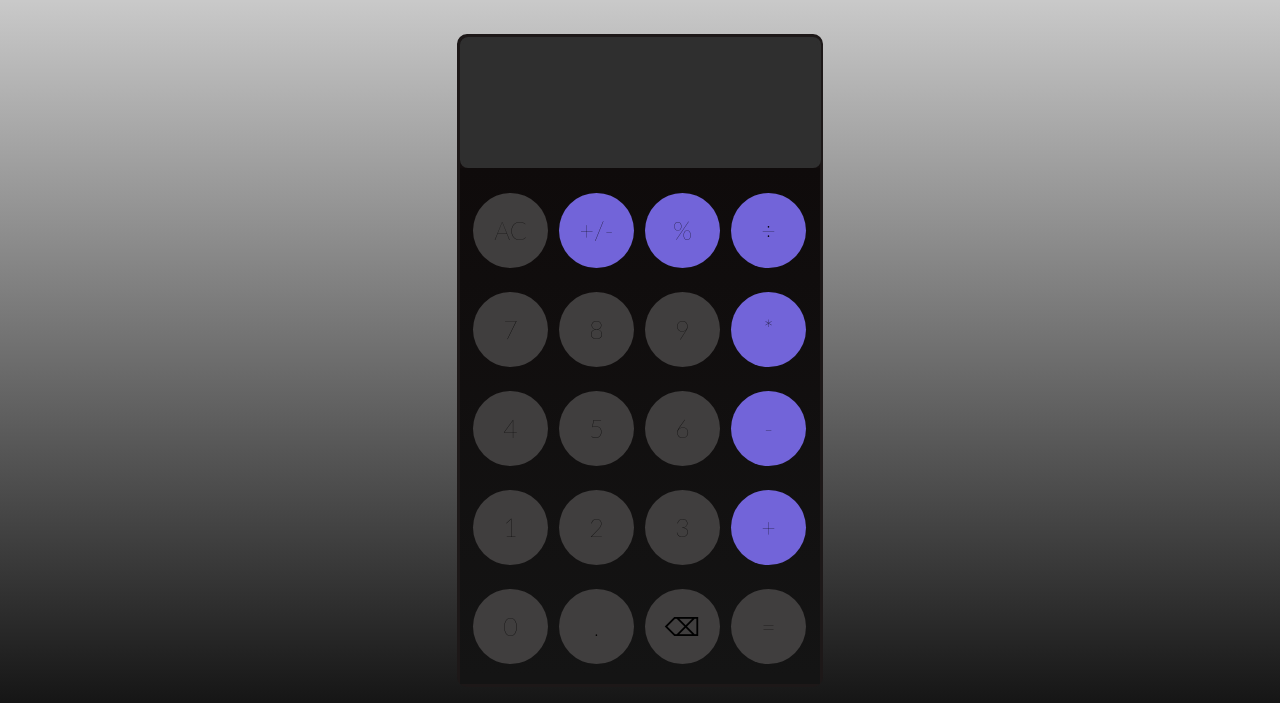
Repository: MhlengiNgubane/BrainnestJsTwo
Page: index.html
An editor plug-in stored every save of this project. The page is shown before and after the next save, followed by the edit.
The browser window is 1280 px wide. The pictures show the whole page.

Above is the page before, as saved 2022-09-12 09:55:35.

### index.html
<!DOCTYPE html>
<html lang="en">
<head>
    <meta charset="UTF-8">
    <meta http-equiv="X-UA-Compatible" content="IE=edge">
    <meta name="viewport" content="width=device-width, initial-scale=1.0">
    <title>CALCULATOR</title>

    <link rel="stylesheet" href="style.css">
</head>
    <body>
            <div class="container">
                <input type="text" class="input" value="" disabled />
                <div class="buttons">
                    <button value="AC" class="ac clear">AC</button>
                    <button value="+/-" class="oper plusMinus">+/-</button>
                    <button value="%" class="oper percent">%</button>
                    <button value="/" class="oper operator">&divide</button>

                    <button value="7" class="number">7</button>
                    <button value="8" class="number">8</button>
                    <button value="9" class="number">9</button>
                    <button value="*" class="oper operator">*</button>

                    <button value="4" class="number">4</button>
                    <button value="5" class="number">5</button>
                    <button value="6" class="number">6</button>
                    <button value="-" class="oper operator">-</button>

                    <button value="1" class="number">1</button>
                    <button value="2" class="number">2</button>
                    <button value="3" class="number">3</button>
                    <button value="+" class="oper operator">+</button>

                    <button value="0" class="zero number">0</button>
                    <button value="." class="decimal">.</button>
                    <button value="DEL" class="delete">⌫</button>
                    <button value="=" class="equal operator">=</button>
                </div>
            </div>

        <script src="App.js"></script>
    </body>
</html>

### style.css
* {
    border: 0;
    margin: 0;
    padding: 0;
    font-family: 'lato';
    font-weight: 100;
}

body{
    font-family: 'Roboto';
    font-weight: 400;
    background: linear-gradient(360deg, #141414 1.56%, rgba(0, 0, 0, 0.21) 100%);
    width: 100%;
    height: 100vh;
    display: flex;
    flex-direction: column;
    align-items: center;
    justify-content: center;
}



.container{
    align-items: center;
    margin: auto;
    margin-top: 60px;
    width: 360px;
    border: 20px;
    border: 3px solid #1d1818;
    background-color: #130e0e;
    border-radius: 10px;
    margin-bottom: 60px;
}

.input{
    position: relative;
    width: 355px;
    height: 125px;
    border: 3px solid #2f2f2f;
    text-align: right;
    border-radius: 8px;
    background-color: #2f2f2f;
    color: #fff;
    font-size: 60px;
}

.buttons{
    display: grid;
    grid-template-columns: repeat(4, 1fr);
    row-gap: 10px;
    column-gap: 10px;
    background: linear-gradient(360deg, #141414 1.56%, rgba(0, 0, 0, 0.21) 100%);
    padding: 18px 13px 13px 13px;
}

button{
    border: 1;
    outline: none;
    height: 75px;
    width: 75px;
    border-radius: 70px;
    text-align: center;
    margin-top: 7px;
    margin-bottom: 7px;
    font-size: 25px;
    background-color: #403e3e;
}

.oper {
    background-color: #7264d9;
}

### App.js
function add(firstNumber, secondNumber){
  return firstNumber + secondNumber;
}
function subtract(firstNumber, secondNumber){
  return firstNumber - secondNumber;
}
function multiply(firstNumber, secondNumber){
  return firstNumber * secondNumber;
}
function divide(firstNumber, secondNumber){
  return firstNumber / secondNumber;
}
function operate(operator, firstNumber, secondNumber){
  if(operator === '+'){
      return add(firstNumber, secondNumber);
  }
  else if(operator === '-'){
      return subtract(firstNumber, secondNumber);
  }
  else if(operator === '*'){
      return multiply(firstNumber, secondNumber);
  }
  else if(operator === '/'){
      return divide(firstNumber, secondNumber);
  }
  return secondNumber;
}

const display = document.querySelector('.input');

const calculator = {
  displayValue: '0',
  firstNumber: null,
  operator: null,
  secondNumber: false,
};

function clear() {
  calculator.displayValue = '0';
  calculator.firstNumber = null;
  calculator.operator = null;
  calculator.secondNumber = false;
}

function updateDisplay() {
  display.value = calculator.displayValue;
}

const buttons = document.querySelector('.buttons');
buttons.addEventListener('click', (e) => {
const target = e.target;

  if (!target.matches('button')) {
      return;
  }

  if (target.classList.contains('clear')) {
      clear();
      updateDisplay();
      return;
  }

  if (target.classList.contains('delete')) {
      undo();
      return;
  }

  if (target.classList.contains('plusMinus')) {
      plusMinus();
      return;
  }

  if (target.classList.contains('percent')) {
      percentage();
      return;
  }

  if (target.classList.contains('decimal')) {
      decimal(target.value);
      updateDisplay();
      return;
  }

  if (target.classList.contains('operator')) {
      calculate(target.value);
      updateDisplay();
      return;
  }

      displayNumber(target.value);
      updateDisplay();
});

function undo(){
  display.value = display.value.slice(0, -1);
  calculator.displayValue = display.value;
}

function plusMinus(){
  let displayPlusMinus = calculator.displayValue;
  if(displayPlusMinus >= 0){
      display.value = '-' + displayPlusMinus;
  }
  calculator.displayValue = display.value;
}

function percentage(){
  let displayPercent = calculator.displayValue;
  if(displayPercent != 0){
      display.value = displayPercent / 100;
  }
 calculator.displayValue = display.value;
}

function decimal(dot) {
  if (calculator.secondNumber === true) {
      calculator.displayValue = '0.'
      calculator.secondNumber = false;
      return
  }
  if (!calculator.displayValue.includes(dot)) {
      calculator.displayValue += dot;
  }
}

function displayNumber(number) {
  let displayValue = calculator.displayValue;
  const secondNumber = calculator.secondNumber;

  if (secondNumber === true) {
      calculator.displayValue = number;
      calculator.secondNumber = false;
  }
  else if(displayValue === '0'){
      calculator.displayValue = number;
  }
  else{
      calculator.displayValue = displayValue + number;
  }
}

function calculate(inputOperator) {
  const firstNumber = calculator.firstNumber;
  const displayValue = calculator.displayValue;
  const operator  = calculator.operator;

  const inputValue = parseFloat(displayValue);

  if (operator && calculator.secondNumber)  {
      calculator.operator = inputOperator;
      return;
    }

  if (firstNumber == null) {
      calculator.firstNumber = inputValue;

  } else if (operator) {
      const result = operate(operator, firstNumber, inputValue);
      calculator.displayValue = `${parseFloat(result.toFixed(6))}`;
      calculator.firstNumber = result;
  }
  calculator.secondNumber = true;
  calculator.operator = inputOperator;
  console.log(calculator);
}

After the next save:
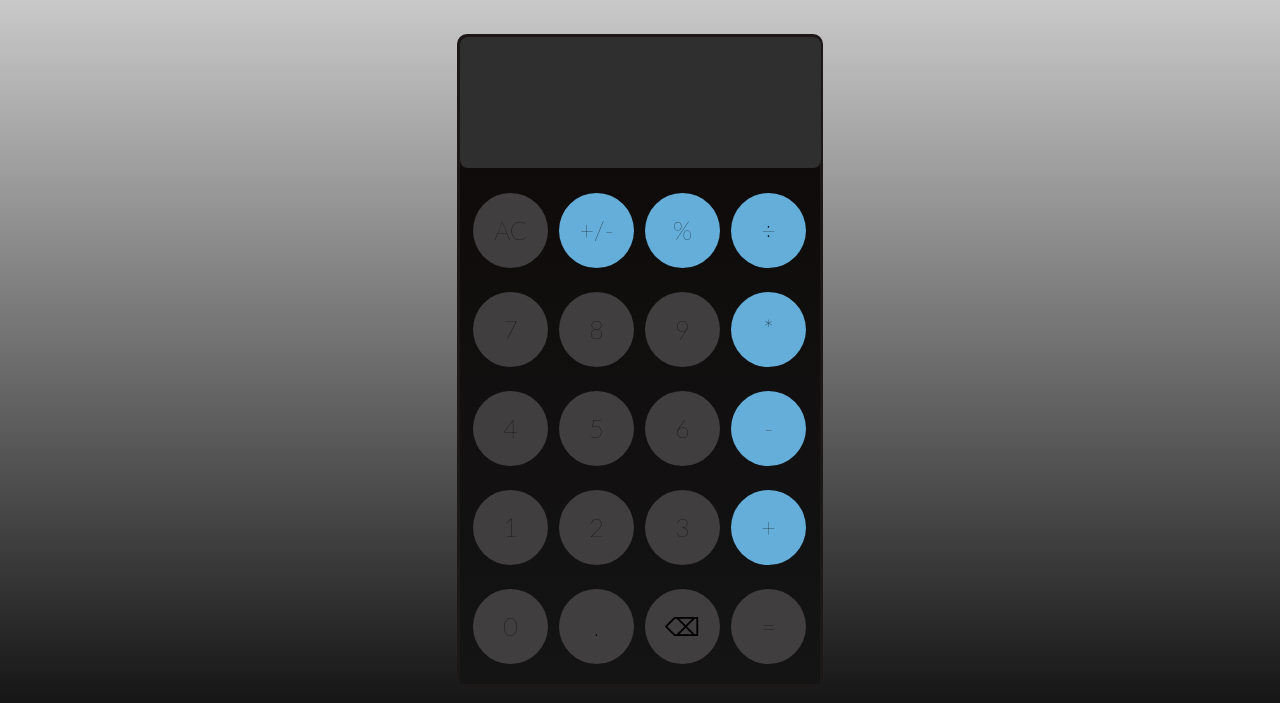
Saved 6 s later.
--- a/style.css
+++ b/style.css
@@ -67,5 +67,5 @@ button{
 }
 
 .oper {
-    background-color: #7264d9;
+    background-color: #64aed9;
 }
